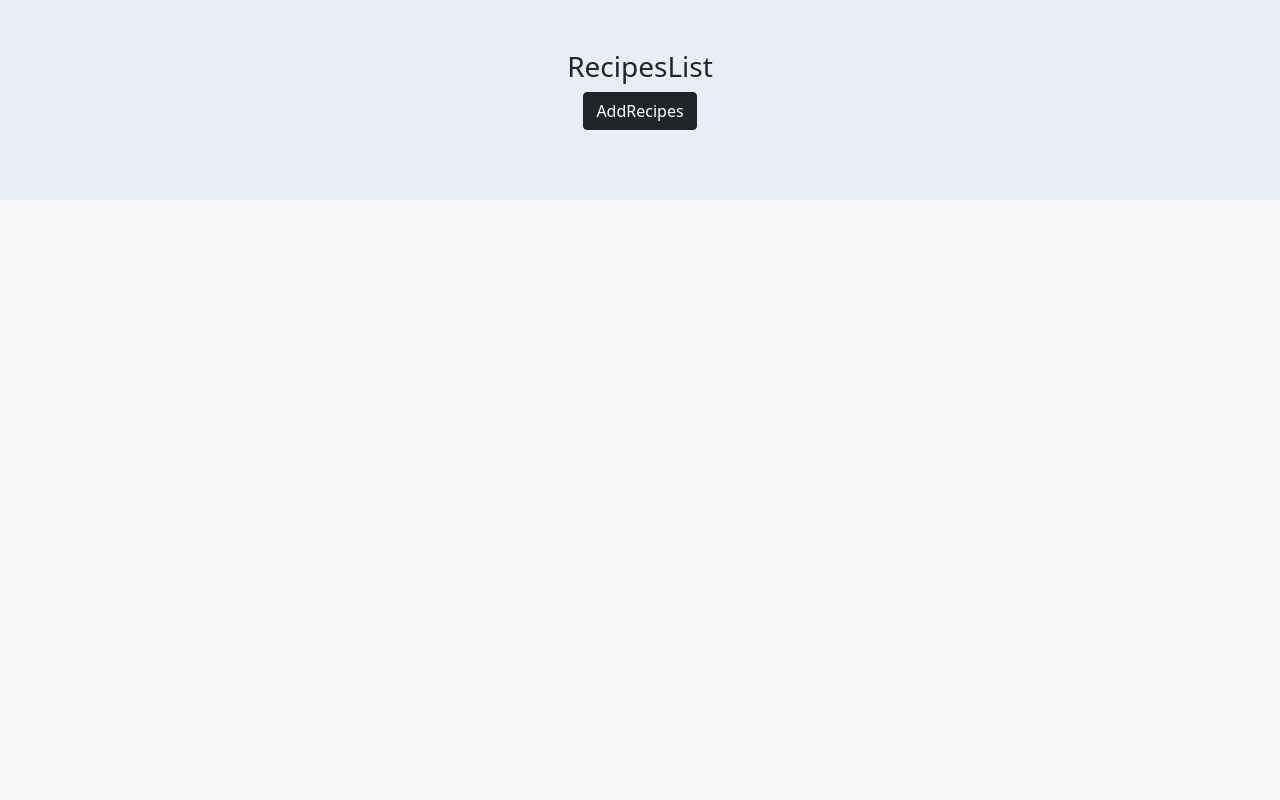
Repository: VasaviGannena/recipe-app
Page: /
The author's editor kept a copy of each file at every save. The page is drawn from the files as they stood at one save, then again after the next save.
The browser window is 1280 px wide. The pictures show the whole page.
The project was rebuilt for these pictures with package versions that can differ from the ones it lists, and the page was loaded fresh each time. Also part of the build but not shown: src/Modal/EditRecipes.js, src/Components/Card.js.

Above is the page before, as saved 2021-05-31 15:14:05.

After the next save:
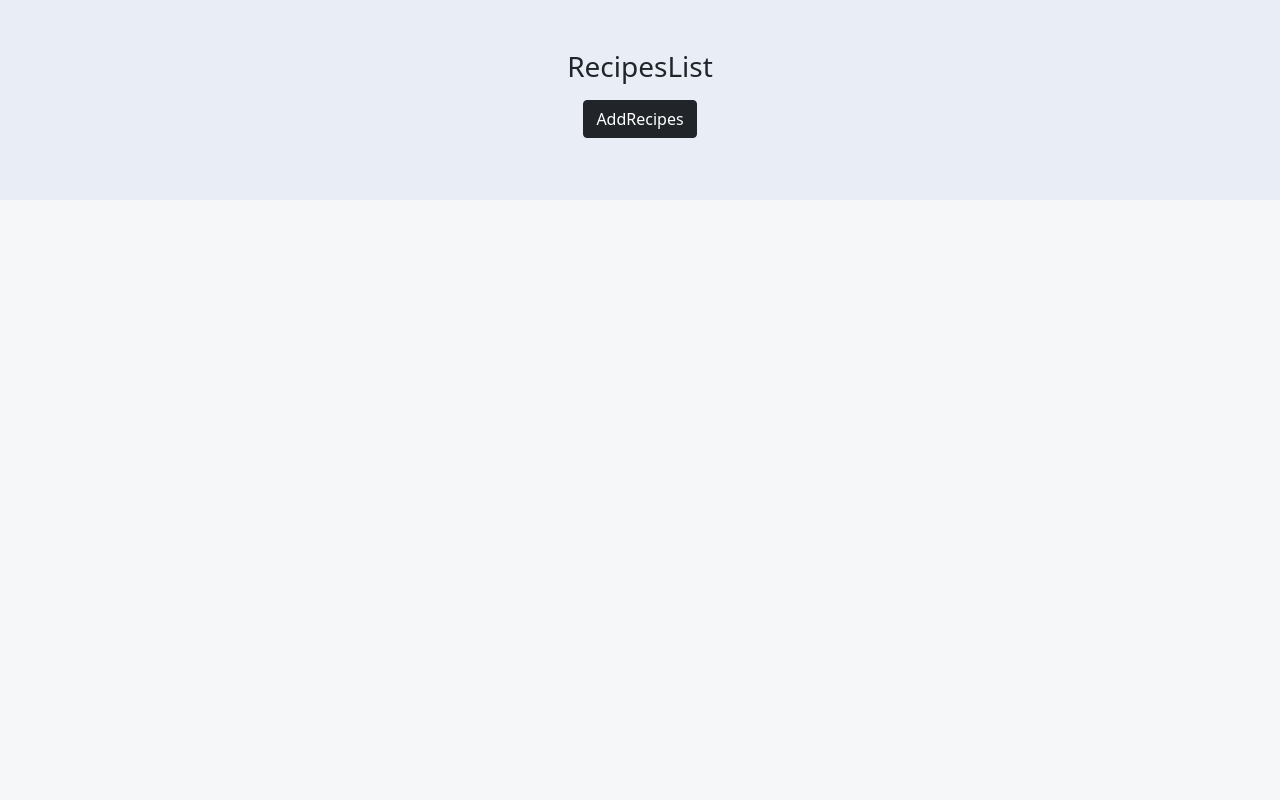
Saved 54 s later.
--- a/src/Components/RecipeList.js
+++ b/src/Components/RecipeList.js
@@ -50,7 +50,7 @@ const RecipeList = () => {
         <>
         <div className = " header text-center">
             <h3>RecipesList</h3>
-            <button type="button" className="btn btn-dark" onClick = {() => setModal(true) }>AddRecipes</button>
+            <button type="button" className="btn btn-dark mt-2" onClick = {() => setModal(true) }>AddRecipes</button>
             </div>
             <div className="recipe-container">
                 {RecipeList && RecipeList.map((obj, index) => <Card RecipeObj={obj} index={index} deleteRecipe={deleteRecipe} updateListArray={updateListArray}/>)}
